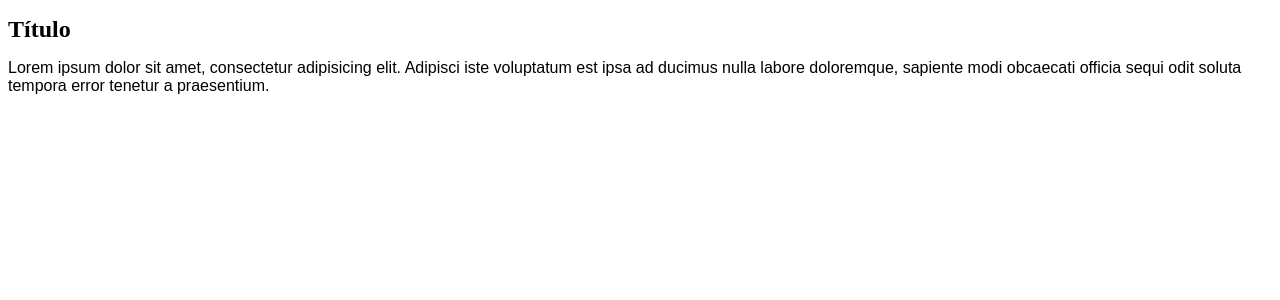
Repository: Iamjordana/html-css
Page: Html Css/Exercicios/ex018/index.html
An editor plug-in stored every save of this project. The page is shown before and after the next save, followed by the edit.
The browser window is 1280 px wide. The pictures show the whole page.
Some web fonts or font styles are not loaded; a fallback is used.

Above is the page before, as saved 2025-01-28 18:09:14.

After the next save:
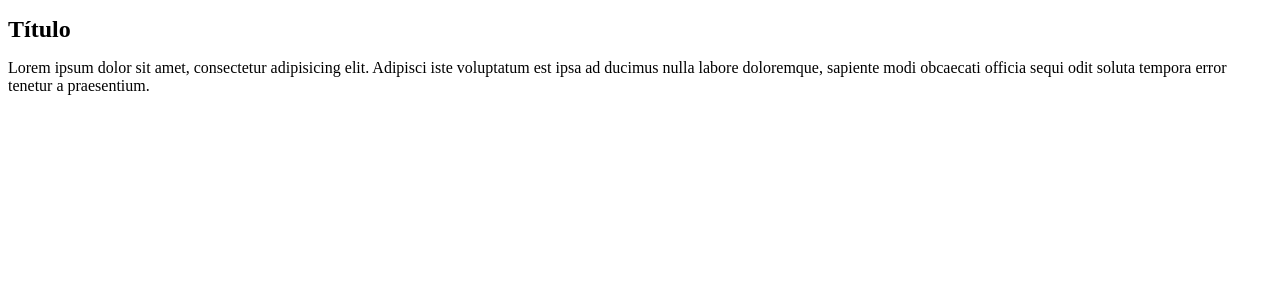
Saved 2 min 4 s later.
--- a/Html Css/Exercicios/ex018/index.html
+++ b/Html Css/Exercicios/ex018/index.html
@@ -8,7 +8,7 @@
         @import url('https://fonts.googleapis.com/css2?family=Playwrite+IN:wght@100..400&display=swap');
 
         body{
-            font-family: Arial, Helvetica, sans-serif;
+            font-family: font-family: "Playwrite IN", serif;
             font-size: 16px;
             color: black;
         }
